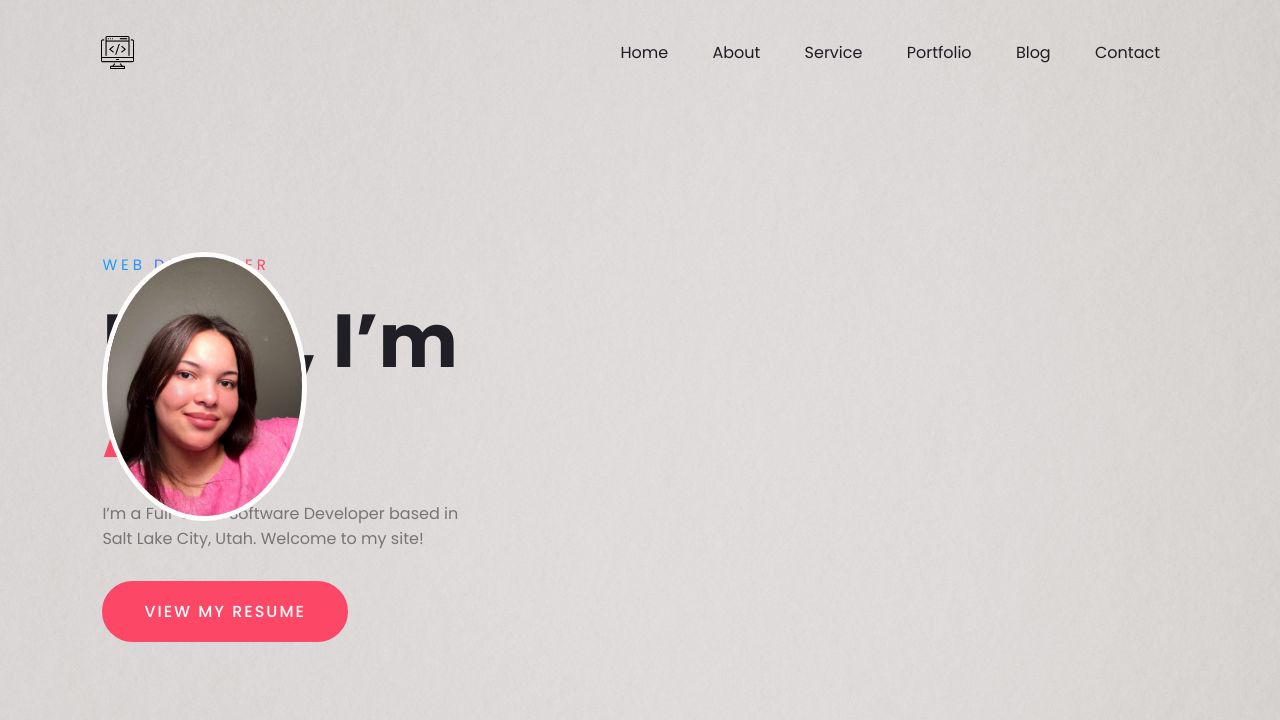
Repository: pilar122/port
Page: index.html
An editor plug-in stored every save of this project. The page is shown before and after the next save, followed by the edit.
The browser window is 1280 px wide. The pictures show the whole page.

Above is the page before, as saved 2022-01-29 15:02:18.

### index.html
<!DOCTYPE html>
<html lang="en">
<head>
    <meta charset="UTF-8">
    <title>Personal Portfolio Website</title>
    <!----CSS link----->
    <link rel="stylesheet" href="style.css">
</head>
<body>
    <div class="hero">
        <nav>
            <img src="./img/coding.png" class="logo">
            <ul>
                <li><a href="#">Home</a></li>
                <li><a href="#">About</a></li>
                <li><a href="#">Service</a></li>
                <li><a href="#">Portfolio</a></li>
                <li><a href="#">Blog</a></li>
                <li><a href="#">Contact</a></li>
            </ul>

        </nav>
        <div class="content">
            <img src="./img/ap.JPG" class="img">
            <span class="title">Web Developer</span>
            <h1>Hello, I’m <span>Alba</span></h1>
            <p>I’m a Full-Stack Software Developer based in Salt Lake City, Utah. Welcome to my site!</p>
            <a href="https://docs.google.com/document/d/1-5NqQs53X55snoyWaPBF-iuk-xL4VE2I0psmDuApD5Q/edit?usp=sharing" class="btn"> View my Resume</a>
        </div>
    </div>
</body>
</html>

### style.css
@import url('https://fonts.googleapis.com/css2?family=Poppins:wght@400;500;600;700&display=swap');
*{
    margin: 0;
    padding: 0;
    box-sizing: border-box;
    font-family: 'Poppins', sans-serif;
}
a{
    text-decoration: none;
}
.hero{
    width: 100%;
    height: 100vh;
    background: url(img/bg1.jpg);
    background-size: cover;
}
nav{
    display: flex;
    align-items: center;
    justify-content: space-between;
    padding: 30px 100px;
}
.logo{
    max-height: 35px;
}
nav ul li{
    list-style: none;
    display: inline-block;
    padding: 10px 20px;
}
nav ul li a{
    color: #1d1d24;
    position: relative;
    padding: 5px 0;
}
nav ul li a:hover{
    color: #fd4766;
}
nav ul li a:after{
    content: "";
    position: absolute;
    left: 0;
    width: 0;
    height: 3px;
    background: #fd4766;
    transition: .3s;
    bottom: 0;
}
nav ul li a:hover:after{
    width: 100%;
}
.btn{
    color: #fff;
    font-size: 16px;
    text-transform: uppercase;
    letter-spacing: 2px;
    padding: 16px 40px;
    border-radius: 500px;
    display: inline-block;
    font-weight: 500;
    transition: all .4s ease-in-out;
    background-size: 152% 100%;
    background: #fd4766;
    border: 2px solid #fd4766;
}
.btn:hover{
    background: transparent;
    border-color: #fd4766;
    color: #fd4766;
}
.content{
    position: absolute;
    top: 35%;
    left: 8%;
}
.content .title{
    color: #1f1f25;
    font-size: 15px;
    text-transform: uppercase;
    letter-spacing: 4px;
    display: inline-block;
    margin-bottom: 20px;
    background: linear-gradient(120deg, #1c99fe 20.69%, #7644ff 50.19%,#fd4766 79.69%);
    -webkit-background-clip: text;
    -webkit-text-fill-color: transparent;
}
.content h1{
    color: #1f1f25;
    font-size: 75px;
    font-weight: 900;
    line-height: 90px;
    text-transform: inherit;
    width: 70%;
}
.content h1 span{
    color: #fd4766;
}
.content p{
    width: 55%;
    color: #757575;
    margin-top: 25px;
    margin-bottom: 30px;
}

.content .img{
    max-width: 30%;
    max-width: 30%;
    border-radius: 50%;
    border: 5px solid rgb(255, 252, 252);
    position: absolute;

}

After the next save:
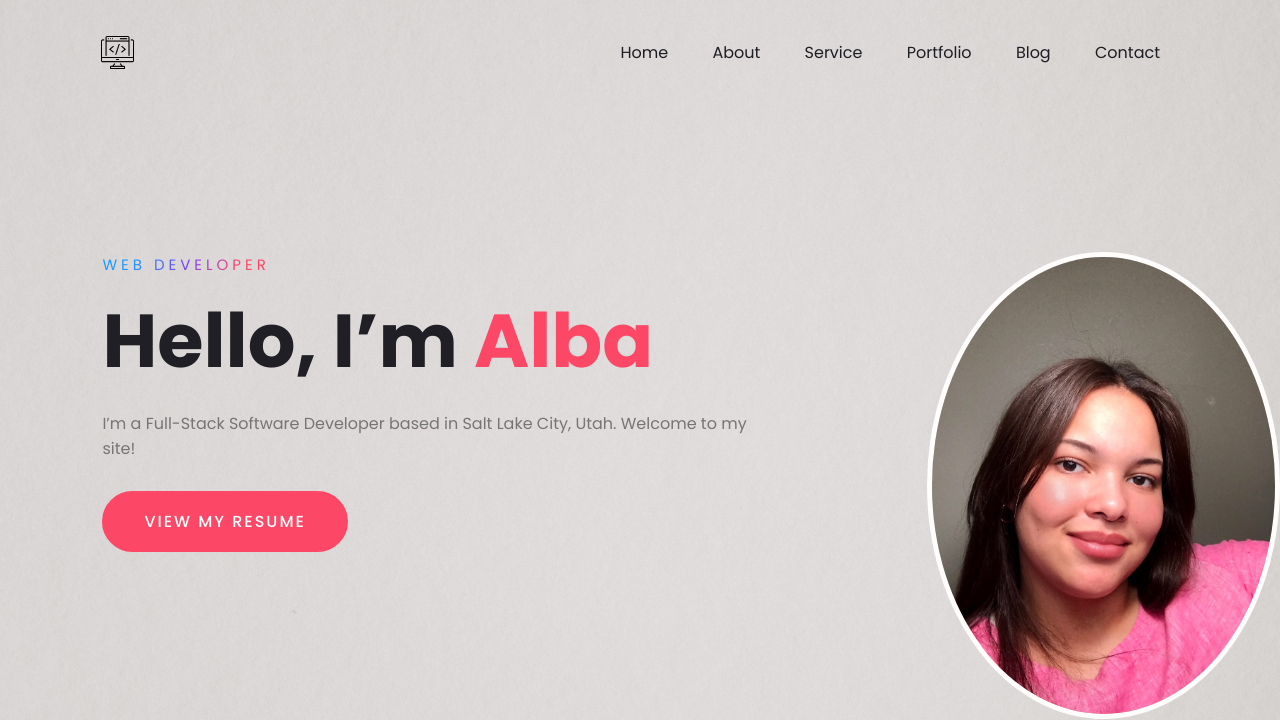
Saved 11 s later.
--- a/style.css
+++ b/style.css
@@ -107,6 +107,5 @@ nav ul li a:hover:after{
     max-width: 30%;
     border-radius: 50%;
     border: 5px solid rgb(255, 252, 252);
-    position: absolute;
-
+    float: right;
 }
